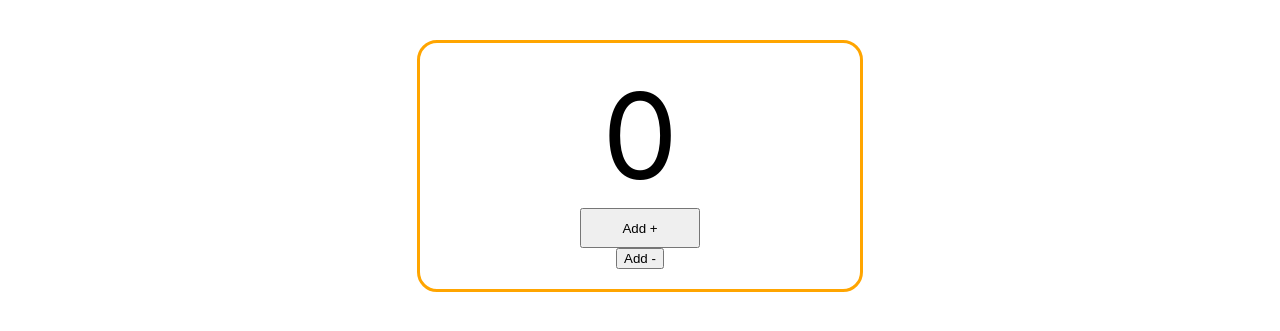
Repository: dnjfht/css-example
Page: /
The author's editor kept a copy of each file at every save. The page is drawn from the files as they stood at one save, then again after the next save.
The browser window is 1280 px wide. The pictures show the whole page.
The project was rebuilt for these pictures with package versions that can differ from the ones it lists, and the page was loaded fresh each time.

Above is the page before, as saved 2023-05-09 18:46:31.

After the next save:
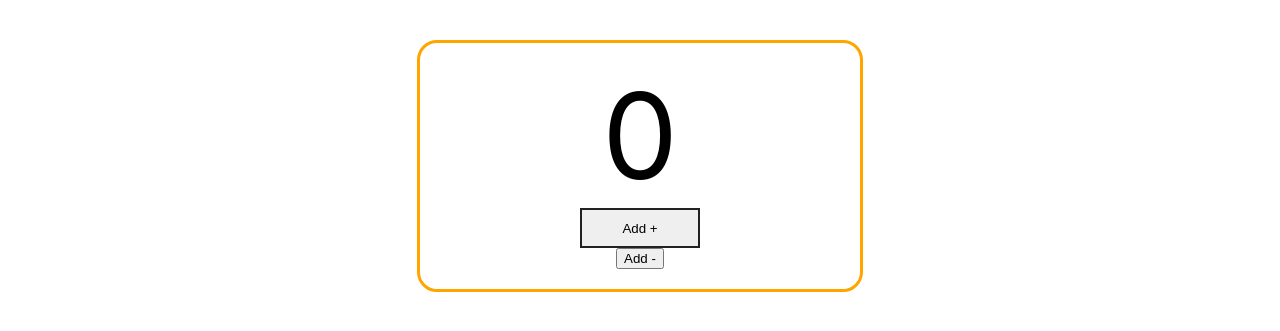
Saved 25 s later.
--- a/src/components/Counter.jsx
+++ b/src/components/Counter.jsx
@@ -23,7 +23,10 @@ export default function Counter({ count, setCount }) {
       }}
     >
       <span style={{ fontSize: 120 }}>{count}</span>
-      <button style={{ width: 120, height: 40 }} onClick={handleClickCountUp}>
+      <button
+        style={{ width: 120, height: 40, border: "2px solid #222" }}
+        onClick={handleClickCountUp}
+      >
         Add +
       </button>
       <button onClick={handleClickCountDown}>Add -</button>
